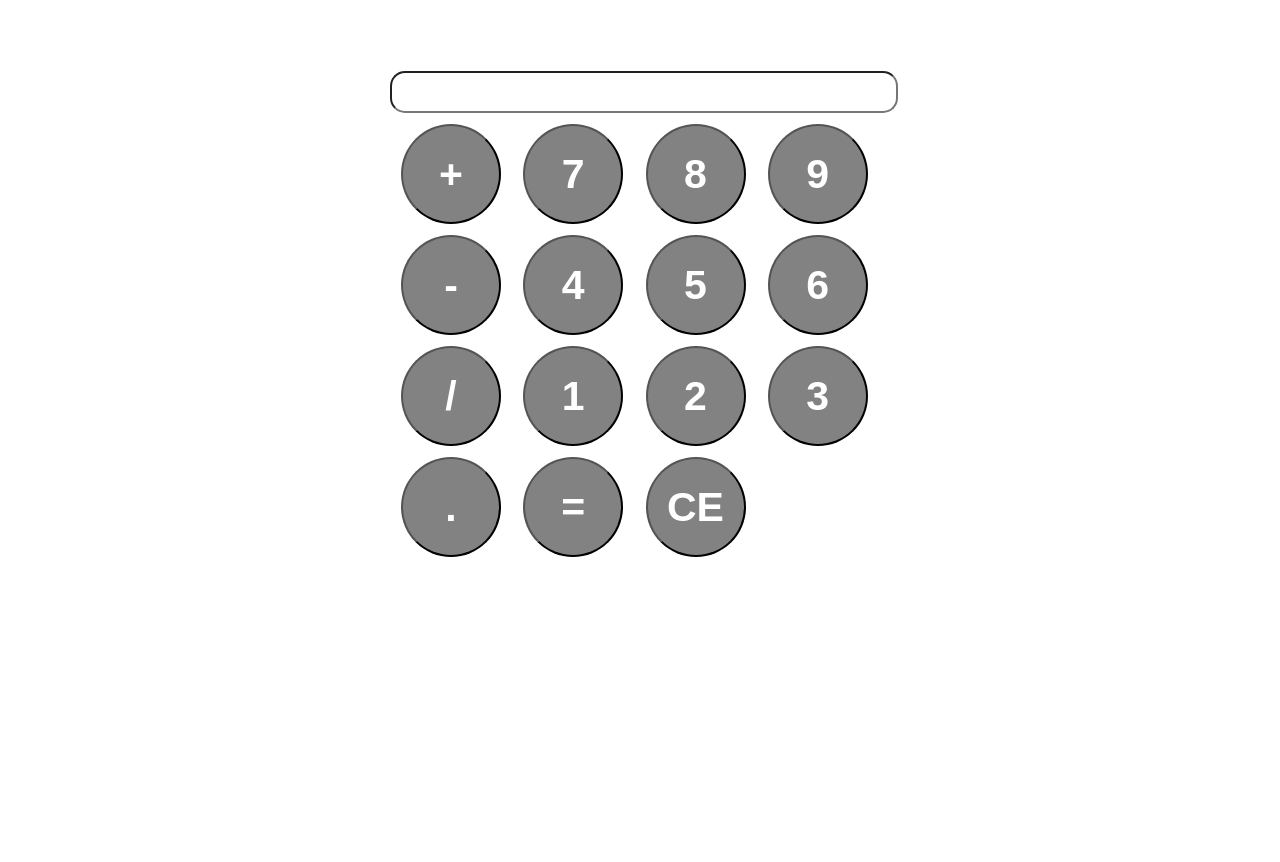
Repository: rkrukshan/JS-Calculator
Page: index.html
An editor plug-in stored every save of this project. The page is shown before and after the next save, followed by the edit.
The browser window is 1280 px wide. The pictures show the whole page.

Above is the page before, as saved 2024-09-02 13:37:18.

After the next save:
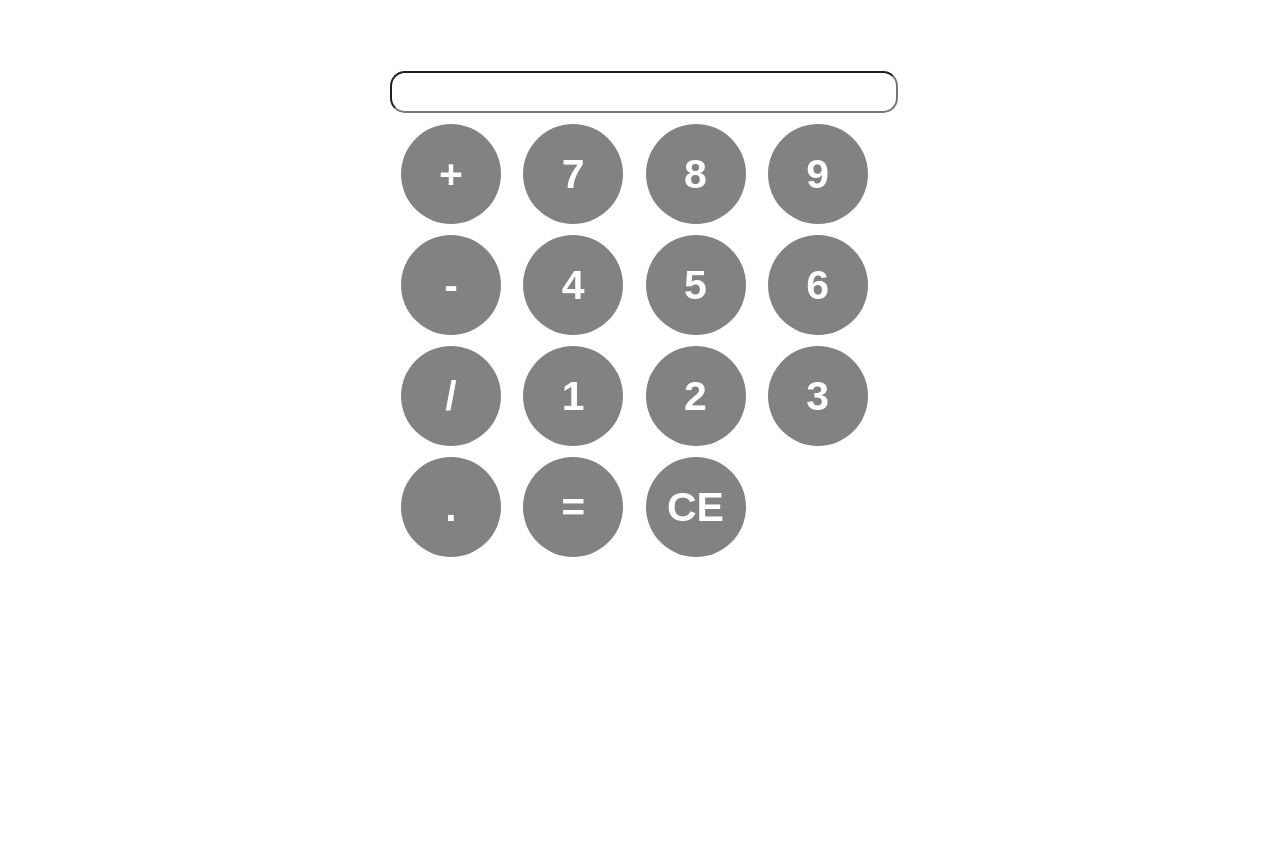
Saved 6 s later.
--- a/style.css
+++ b/style.css
@@ -29,7 +29,7 @@ button {
   font-size: 41px;
   font-weight: bold;
   cursor: pointer;
-  border: noe;
+  border: none;
 }
 button:active{
     background-color:hsl(0, 1%, 45%)
